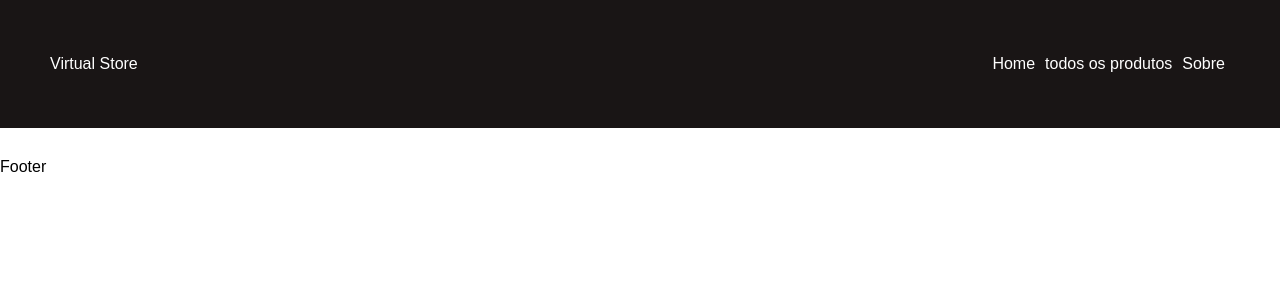
Repository: meiotera/virtuL-store
Page: /lista-de-produtos
These files come from the project's save history. The page is drawn as it stood at one moment and after the next save; the edit follows.
The browser window is 1280 px wide. The pictures show the whole page.
The page's requests for data from a server got no answer. The project was rebuilt for these pictures with package versions that can differ from the ones it lists, and the page was loaded fresh each time. No one was signed in, and anything a server would have sent is missing. Also part of the build but not shown: vite.config.js, src/pages/Home.jsx, src/styles/ProductCard.module.css, src/styles/Button.module.css, src/components/Button.jsx, src/components/ProductCard.jsx, src/pages/ProductDetail.jsx.

Above is the page before, as saved 2025-04-08 16:10:19.

After the next save:
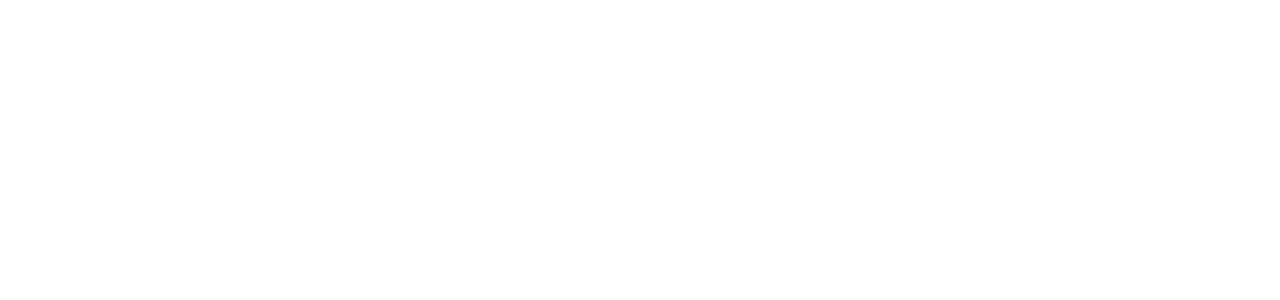
Console error (its wording comes from the project's code and is left out).
Saved 4 min 40 s later.
--- a/src/App.jsx
+++ b/src/App.jsx
@@ -15,7 +15,7 @@
         <Routes>
           <Route path="/" element={<Home />} />
           <Route path="/lista-de-produtos" element={<ProductList />}>
-            <Route path=":id" element={<ProductDetail />} />
+            <Route path="/:id" element={<ProductDetail />} />
           </Route>
         </Routes>
       </Main>

After the save that followed:
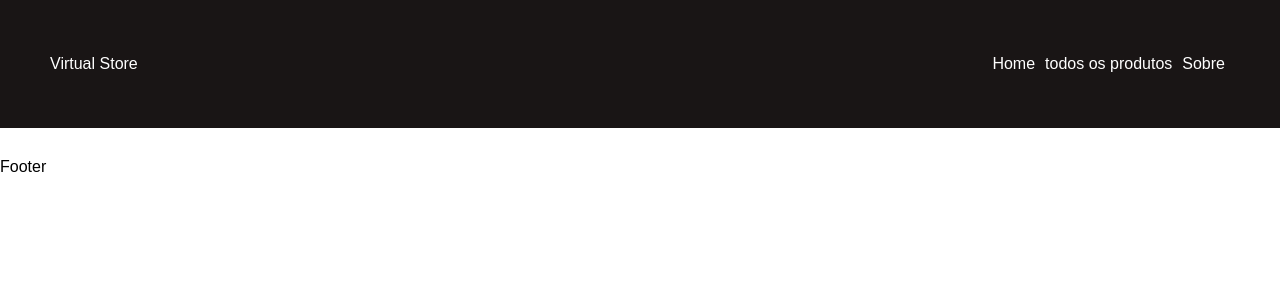
The error is gone.
Saved 4 min 5 s later.
--- a/src/App.jsx
+++ b/src/App.jsx
@@ -15,7 +15,7 @@
         <Routes>
           <Route path="/" element={<Home />} />
           <Route path="/lista-de-produtos" element={<ProductList />}>
-            <Route path="/:id" element={<ProductDetail />} />
+            <Route path=":id" element={<ProductDetail />} />
           </Route>
         </Routes>
       </Main>
